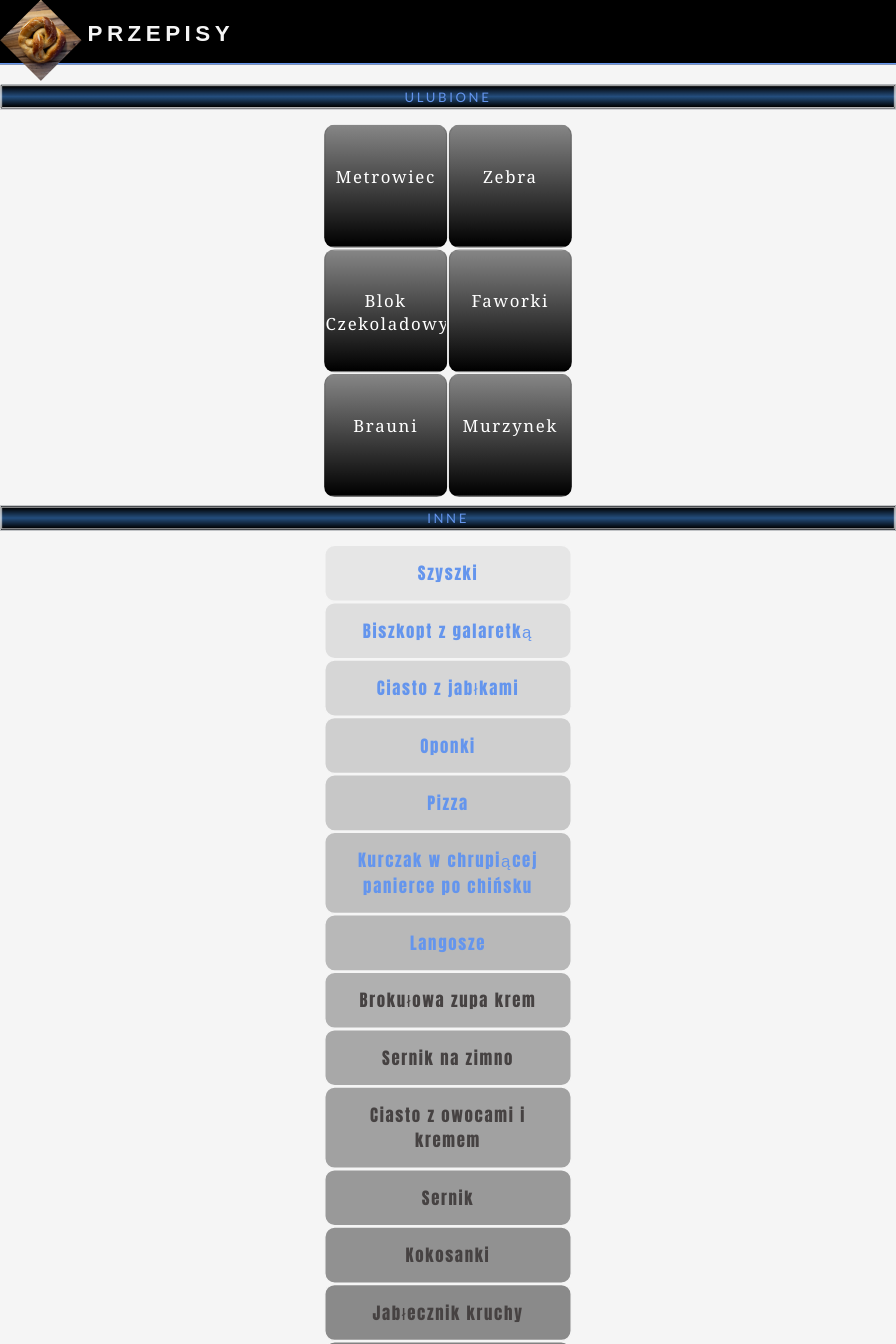
Repository: yaoayh/przepisy
Page: index.html
These files come from the project's save history. The page is drawn as it stood at one moment and after the next save; the edit follows.
The browser window is 1280 px wide. The pictures show the part of the page from y = 0 to 1920 px (the page is 3159 px tall), at 70% of full size.

Above is the page before, as saved 2020-08-14 00:37:15.

After the next save:
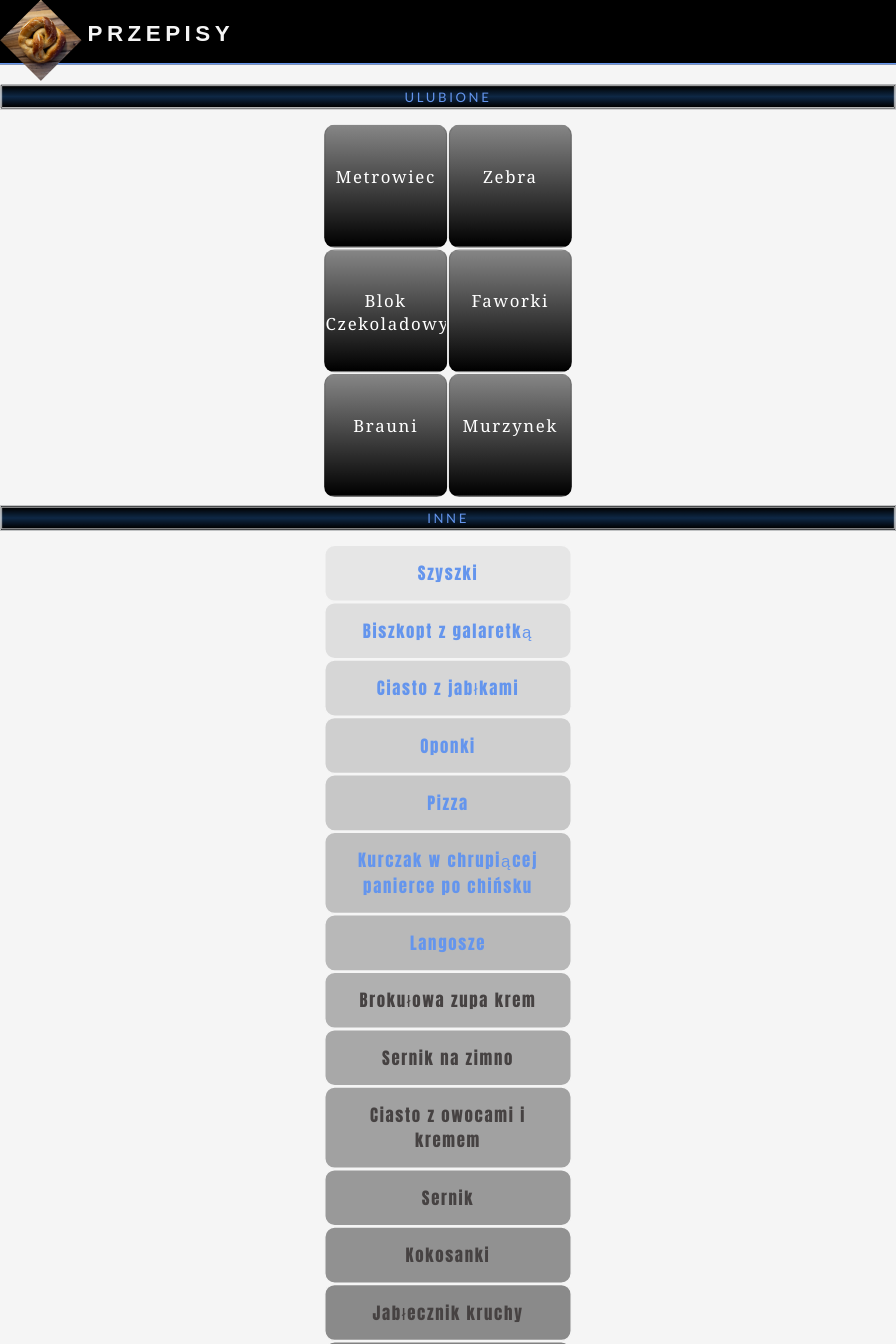
Saved 6 s later.
--- a/css/styles.css
+++ b/css/styles.css
@@ -43,7 +43,7 @@ form.main2{
     background-color: whitesmoke;
     padding: 5px;}
 .info_Nr1, .info_Nr2{
-    background-image: linear-gradient( black,rgb(36, 78, 126), black);
+    background-image: linear-gradient( black,rgb(14, 40, 70), black);
     border: 12px 12px 12px 12px;
     border-color: white;
     border-style: double;
